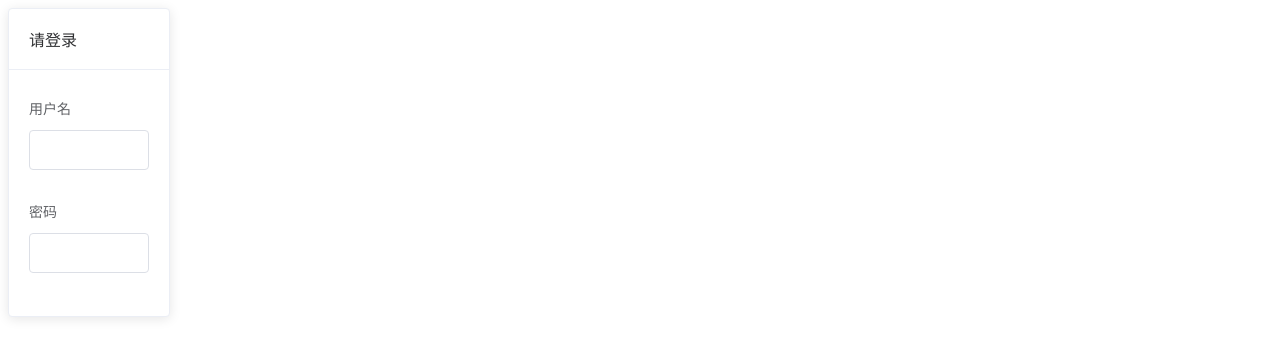
Repository: fish-zmy/wangzherongyao
Page: /#/login (app in admin/)
An editor plug-in stored every save of this project. The page is shown before and after the next save, followed by the edit.
The browser window is 1280 px wide. The pictures show the whole page.
The project was rebuilt for these pictures with package versions that can differ from the ones it lists, and the page was loaded fresh each time. Also part of the build but not shown: admin/vue.config.js, admin/src/views/Main.vue, admin/src/views/CategoryEdit.vue, admin/src/views/CategoryList.vue, admin/src/views/ItemEdit.vue, admin/src/views/ItemList.vue, admin/src/views/HeroEdit.vue, admin/src/views/HeroList.vue and 7 more.

Above is the page before, as saved 2020-06-18 22:03:32.

After the next save:
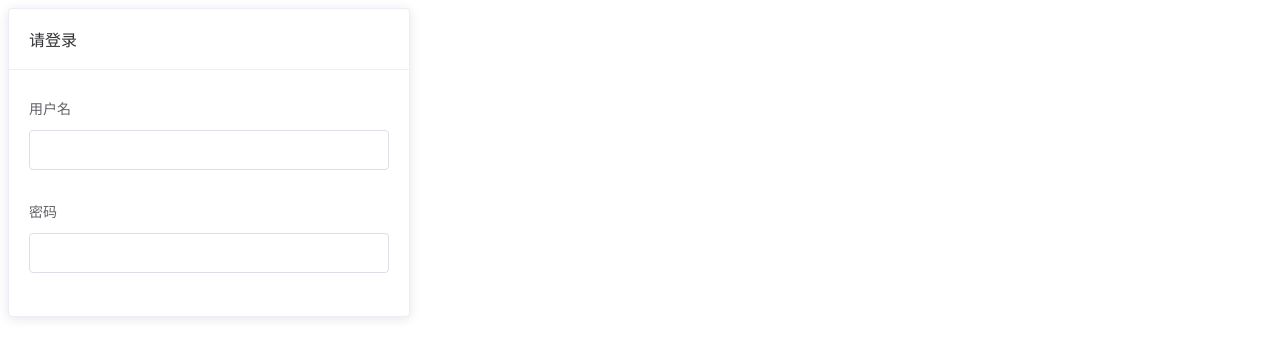
Saved 11 s later.
--- a/admin/src/views/Login.vue
+++ b/admin/src/views/Login.vue
@@ -15,7 +15,7 @@
 
 <style>
 .login-card{
-    width:10rem;
+    width:25rem;
     margin:5rem,auto;
 }
 </style>
